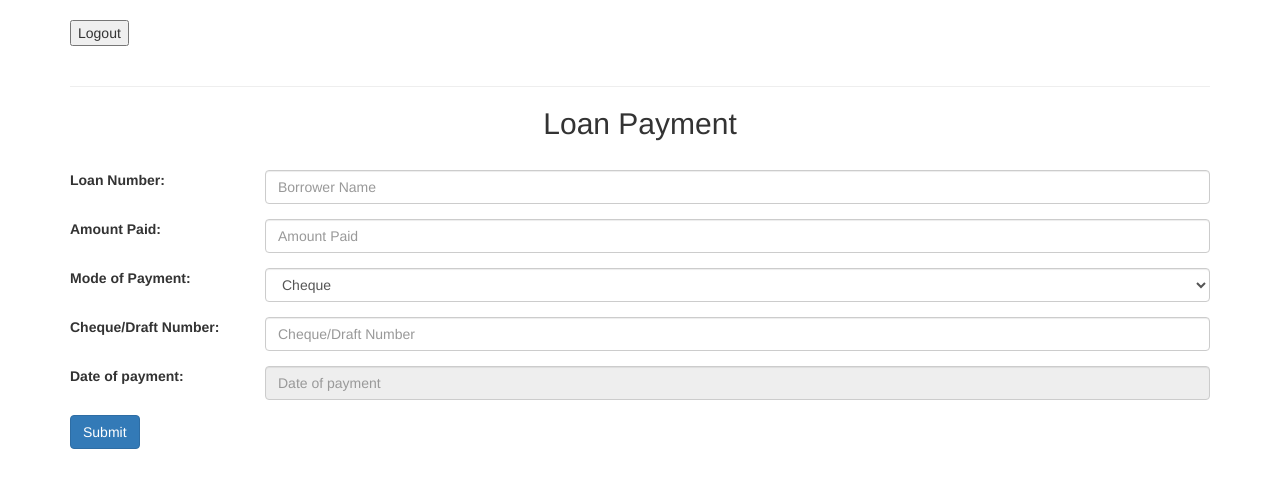
Repository: Bayvao/E-Loan-Project
Page: http://localhost/E-Loan-Project/WEB-INF/views/payment-form.jsp
An editor plug-in stored every save of this project. The page is shown before and after the next save, followed by the edit.
The browser window is 1280 px wide. The pictures show the whole page.
The page is served by Tomcat 9. Nobody is signed in. Other server files are loaded and not shown. The template is opened directly, without the code that normally fills it, so the values that code supplies are empty.

Above is the page before, as saved 2020-07-21 07:40:01.

### E-Loan-Project/src/main/webapp/WEB-INF/views/payment-form.jsp
<%@ taglib prefix="form" uri="http://www.springframework.org/tags/form"%>
<%@ taglib prefix="security"
	uri="http://www.springframework.org/security/tags"%>
<%@ taglib prefix="c" uri="http://java.sun.com/jsp/jstl/core"%>

<!DOCTYPE html>
<html lang="en">
<head>
<title>Loan Payment</title>
<meta charset="utf-8">
<meta name="viewport" content="width=device-width, initial-scale=1">
<link rel="stylesheet"
	href="https://maxcdn.bootstrapcdn.com/bootstrap/3.4.1/css/bootstrap.min.css">
<script
	src="https://ajax.googleapis.com/ajax/libs/jquery/3.5.1/jquery.min.js"></script>
<script
	src="https://maxcdn.bootstrapcdn.com/bootstrap/3.4.1/js/bootstrap.min.js"></script>

<style>
.error {
	color: red;
}

h2 {
	text-align: center;
}
</style>
</head>
<body>
	<div class="container">
		<br />

		<!-- Add a logout button -->
		<form:form action="${pageContext.request.contextPath}/logout"
			method="POST">

			<input type="submit" value="Logout" />

		</form:form>

		<!-- display user name and role -->
		<br />
		<p>

			<security:authorize access="isAuthenticated()">
        User: <security:authentication property="principal.username" />
        Role(s): <security:authentication
					property="principal.authorities" />
			</security:authorize>
		</p>

		<hr>

		<h2>Loan Payment</h2>
		<br/>
		<form:form
			action="${pageContext.request.contextPath}/pay/payLoan"
			modelAttribute="payment">

			<div class="form-group row">
				<label class="col-sm-2 col-form-label">Loan Number: </label>
				<div class="col-sm-10">
					<form:input path="loanNumber" placeholder="Borrower Name"
						class="form-control" />
					<form:errors path="loanNumber" cssClass="error" />
				</div>
			</div>

			<div class="form-group row">
				<label class="col-sm-2 col-form-label">Amount Paid: </label>
				<div class="col-sm-10">
					<form:input path="amountPaid" placeholder="Amount Paid"
						class="form-control" />
					<form:errors path="amountPaid" cssClass="error" />
				</div>
			</div>
			<div class="form-group row">

				<label class="col-sm-2 col-form-label">Mode of Payment: </label>
				<div class="col-sm-10">
					<form:select path="modeOfPayment" class="form-control">
						<form:option value="Tax Payer">Cheque</form:option>
						<form:option value="Not Tax Payer">Draft</form:option>

					</form:select>
				</div>
			</div>

			<div class="form-group row">
				<label class="col-sm-2 col-form-label">Cheque/Draft Number: </label>
				<div class="col-sm-10">
					<form:input path="chequeOrDraftNumber" placeholder="Cheque/Draft Number"
						class="form-control" />
					<form:errors path="chequeOrDraftNumber" cssClass="error" />
				</div>
			</div>

			<div class="form-group row">
				<label class="col-sm-2 col-form-label">Date of payment: </label>
				<div class="col-sm-10">
					<form:input path="dateOfPayment" value ="${date}" placeholder="Date of payment"
						class="form-control" readonly="true" />
					<form:errors path="dateOfPayment" cssClass="error" />
				</div>
			</div>

			<div class="form-group row">
				<div class="col-sm-10">
					<button type="submit" class="btn btn-primary">Submit</button>
				</div>
			</div>
		</form:form>
	</div>
</body>
</html>

After the next save:
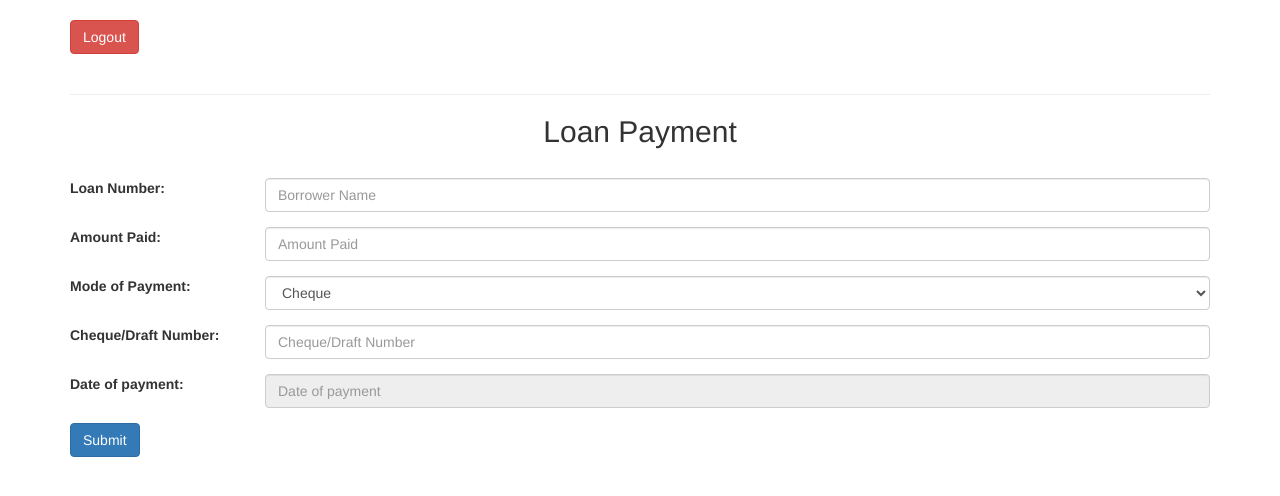
Saved 27 min 2 s later.
--- a/E-Loan-Project/src/main/webapp/WEB-INF/views/payment-form.jsp
+++ b/E-Loan-Project/src/main/webapp/WEB-INF/views/payment-form.jsp
@@ -34,7 +34,7 @@ h2 {
 		<form:form action="${pageContext.request.contextPath}/logout"
 			method="POST">
 
-			<input type="submit" value="Logout" />
+			<input type="submit" class="btn btn-danger" value="Logout" />
 
 		</form:form>
 
